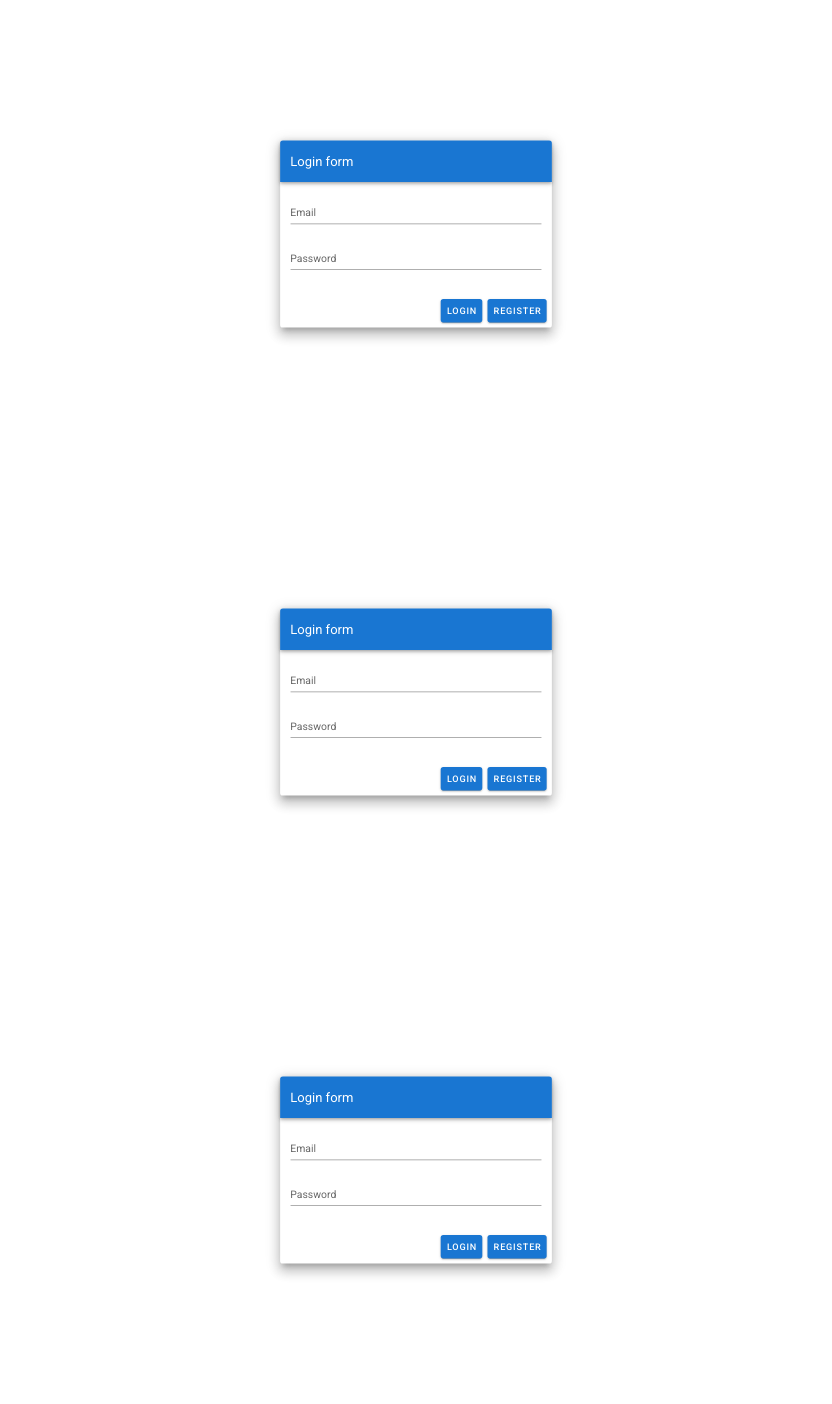
Repository: pao741/vue-todo
Page: /#/login
These files come from the project's save history. The page is drawn as it stood at one moment and after the next save; the edit follows.
The browser window is 1280 px wide. The pictures show the whole page, at 65% of full size.
The page's requests for data from a server got no answer. The project was rebuilt for these pictures with package versions that can differ from the ones it lists, and the page was loaded fresh each time. No one was signed in, and anything a server would have sent is missing. Also part of the build but not shown: vue.config.js, src/components/Main.vue, src/components/Register.vue, src/components/HelloWorld.vue.

Above is the page before, as saved 2021-02-08 17:16:55.

### src/main.js
import Vue from 'vue';
// import Vuex from 'vuex';
// import VueRouter from 'vue-router';
import App from './App.vue';
import vuetify from './plugins/vuetify';
import firebase from 'firebase';
import router from './router';

import 'vuetify/dist/vuetify.min.css';

const firebaseConfig = {
  apiKey: 'AIzaSyDDoWONGwbdeV8-j0yTCmUjzBNPDUFN7Q8',
  authDomain: 'vue-todo-ae3e5.firebaseapp.com',
  projectId: 'vue-todo-ae3e5',
  storageBucket: 'vue-todo-ae3e5.appspot.com',
  messagingSenderId: '816401963007',
  appId: '1:816401963007:web:1f3f49cc385198e51af9ca',
  measurementId: 'G-G9PREJ9C9D',
};
// Initialize Firebase
firebase.initializeApp(firebaseConfig);
firebase.analytics();

Vue.config.productionTip = false;
// Vue.use(Vuex);

new Vue({
  vuetify,
  router,
  render: (h) => h(App),
}).$mount('#app');

### src/App.vue
<template>
  <v-app>
    <v-main>
      <div>
        <router-view to="Login">Log in</router-view>
        <router-view to="Register">Register</router-view>
        <!-- <router-view to="HelloWorld">HelloWorld</router-view> -->
        <!-- <router-view to="login"></router-view> -->
        <Login />
      </div>
    </v-main>
  </v-app>
</template>

<script>
import Login from "./components/Login";

export default {
  name: "App",

  components: {
    Login
  },

  data: () => ({
    //
  })
};
</script>

### src/router/index.js
import Vue from 'vue';
import Router from 'vue-router';

import Login from '../components/Login';
import Main from '../components/Main';
import Register from '../components/Register';
import HelloWorld from '../components/HelloWorld';

Vue.use(Router);

export default new Router({
  routes: [
    {
      path: '/HelloWorld',
      name: 'HelloWorld',
      component: HelloWorld,
    },
    {
      path: '/',
      name: 'Main',
      component: Main,
    },
    {
      path: '/login',
      name: 'Login',
      component: Login,
    },
    {
      path: '/register',
      name: 'Register',
      component: Register,
    },
  ],
});

### src/components/Login.vue
<template>
  <v-app id="Log in">
    <v-content>
      <v-container fluid fill-height>
        <v-layout align-center justify-center>
          <v-flex xs12 sm8 md4>
            <v-card class="elevation-12">
              <v-toolbar dark color="primary">
                <v-toolbar-title>Login form</v-toolbar-title>
              </v-toolbar>
              <v-card-text>
                <v-form>
                  <v-text-field
                    name="email"
                    label="Email"
                    type="text"
                  ></v-text-field>
                  <v-text-field
                    id="password"
                    name="password"
                    label="Password"
                    type="password"
                  ></v-text-field>
                </v-form>
              </v-card-text>
              <v-card-actions>
                <v-spacer></v-spacer>
                <v-btn color="primary" @click="login">Login</v-btn>
                <v-btn color="primary" @click="$router.push('register')"
                  >Register</v-btn
                >
              </v-card-actions>
            </v-card>
          </v-flex>
        </v-layout>
      </v-container>
    </v-content>
  </v-app>
</template>

<script>
import firebase from "firebase";

export default {
  name: "Login",
  props: {
    source: String
  },
  data() {
    return {
      email: "",
      password: ""
    };
  },
  methods: {
    login() {
      firebase
        .auth()
        .signInWithEmailAndPassword(this.email, this.password)
        .then(user => {
          console.log(user.data);
        })
        .catch(error => {
          alert(error);
        });
    }
  }
};
</script>

<style></style>

Loaded but not shown: public/index.html (common file); src/plugins/vuetify.js (common file)

After the next save:
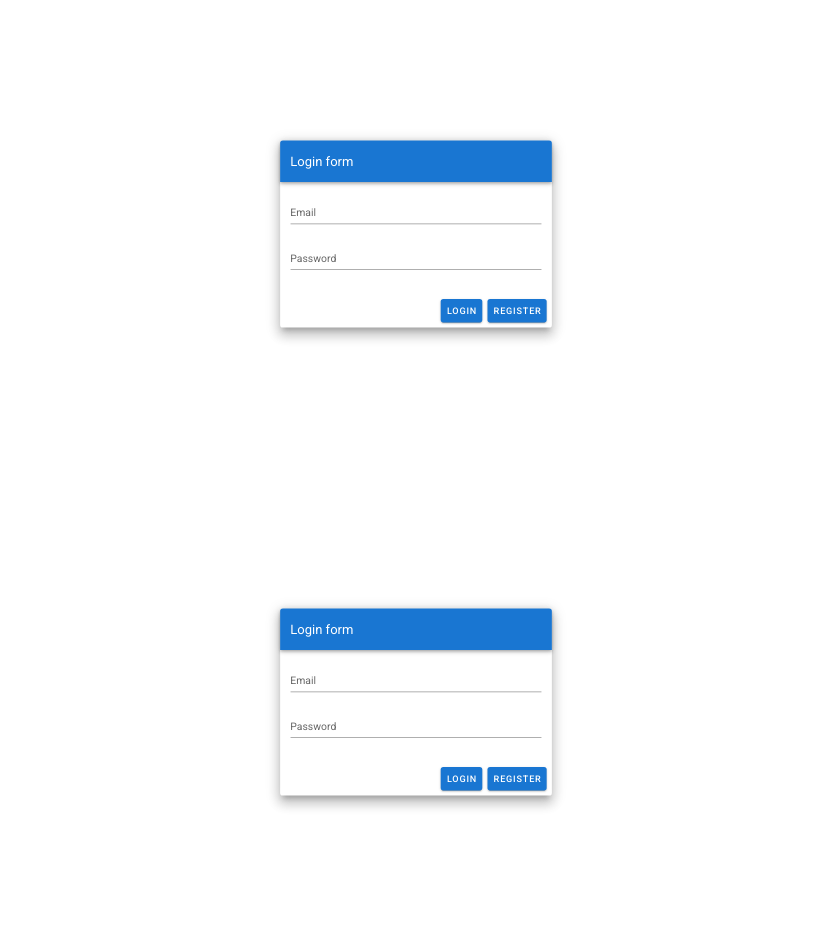
Saved 13 s later.
--- a/src/App.vue
+++ b/src/App.vue
@@ -6,7 +6,7 @@
         <router-view to="Register">Register</router-view>
         <!-- <router-view to="HelloWorld">HelloWorld</router-view> -->
         <!-- <router-view to="login"></router-view> -->
-        <Login />
+        <!-- <Login /> -->
       </div>
     </v-main>
   </v-app>
